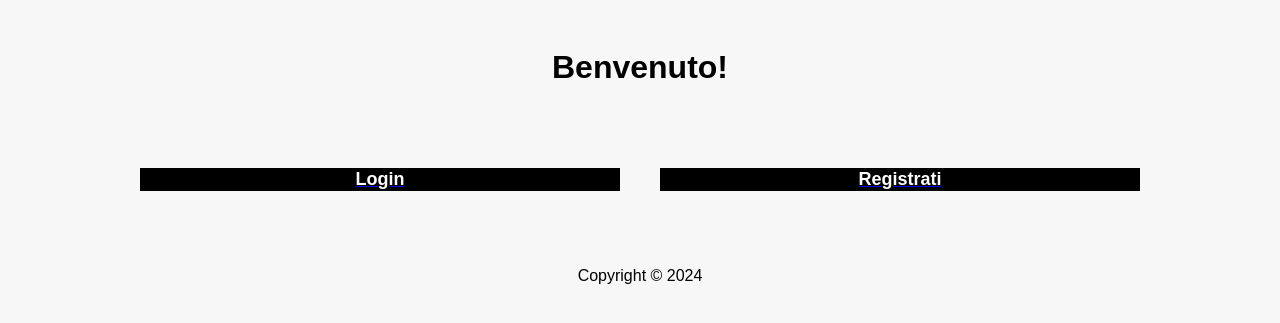
Repository: GabrielCellammare/WebApplication-SA-CyberSecurity
Page: http://localhost/WebProject-CellammareGabriel_ApplicationSecurity_/userNotLogged/index.jsp
An editor plug-in stored every save of this project. The page is shown before and after the next save, followed by the edit.
The browser window is 1280 px wide. The pictures show the whole page.
The page is served by Tomcat 9. Nobody is signed in. The application's start-up code is not run. Other server files are loaded and not shown.

Above is the page before, as saved 2024-01-12 10:49:29.

### WebProject-CellammareGabriel(ApplicationSecurity)/WebContent/userNotLogged/index.jsp
<%@ page language="java" contentType="text/html; charset=UTF-8" pageEncoding="UTF-8"%>
<!DOCTYPE html>
<html lang="it">
<head>
    <meta charset="UTF-8">
    <title>Home Page</title>
    <link rel="stylesheet" href="style.css">
</head>
<body>
    <div class="container">
        <div class="header">
            <h1>Benvenuto!</h1>
        </div>
        <div class="main">
            <div class="login">
                <a href="login.jsp">
                    <button class="btn">Login</button>
                </a>
            </div>
            <div class="register">
                <a href="register.jsp">
                    <button class="btn">Registrati</button>
                </a>
            </div>
        </div>
        <div class="footer">
            <p>Copyright &copy; 2024</p>
        </div>
    </div>
</body>
</html>

### WebProject-CellammareGabriel(ApplicationSecurity)/WebContent/userNotLogged/style.css
body {
    font-family: sans-serif;
    background-color: #f7f7f7;
}

.container {
    width: 100%;
    max-width: 1200px;
    margin: 0 auto;
}

.header {
    text-align: center;
    padding: 20px 0;
}

.main {
    display: flex;
    justify-content: center;
    align-items: center;
    padding: 20px 0;
}

.login, .register {
    width: 40%;
    padding: 20px;
    border-radius: 10px;
    text-align: center;
}

.btn {
    display: block;
    width: 100%;
    height: 100%;
    color: white;
    background-color: #000;
    border: none;
    font-size: 18px;
    font-weight: bold;
    cursor: pointer;
}

.footer {
    text-align: center;
    padding: 20px 0;
}

After the next save:
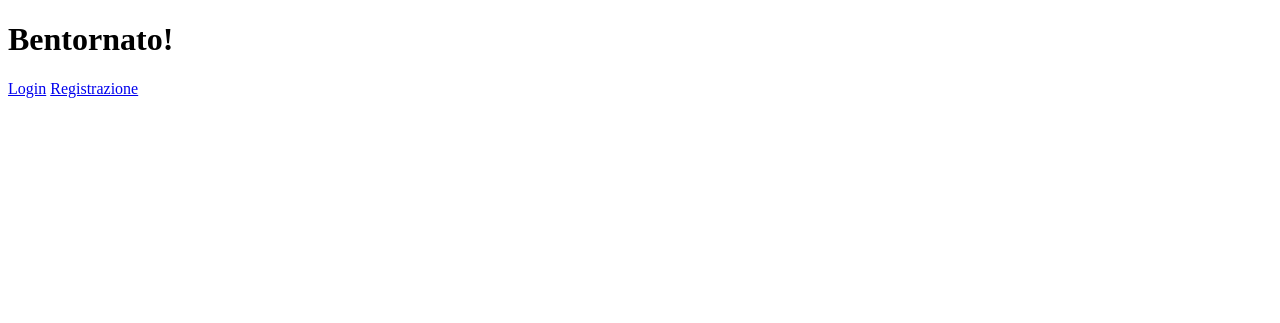
Not found: WebProject-CellammareGabriel(ApplicationSecurity)/WebProject-CellammareGabriel_ApplicationSecurity_/userNotLogged/stile.
Saved 117 s later.
--- a/WebProject-CellammareGabriel(ApplicationSecurity)/WebContent/userNotLogged/index.jsp
+++ b/WebProject-CellammareGabriel(ApplicationSecurity)/WebContent/userNotLogged/index.jsp
@@ -1,30 +1,17 @@
 <%@ page language="java" contentType="text/html; charset=UTF-8" pageEncoding="UTF-8"%>
 <!DOCTYPE html>
-<html lang="it">
+<html>
 <head>
     <meta charset="UTF-8">
     <title>Home Page</title>
-    <link rel="stylesheet" href="style.css">
+    <link rel="stylesheet" type="text/css" href="stile.css">
 </head>
 <body>
     <div class="container">
-        <div class="header">
-            <h1>Benvenuto!</h1>
-        </div>
-        <div class="main">
-            <div class="login">
-                <a href="login.jsp">
-                    <button class="btn">Login</button>
-                </a>
-            </div>
-            <div class="register">
-                <a href="register.jsp">
-                    <button class="btn">Registrati</button>
-                </a>
-            </div>
-        </div>
-        <div class="footer">
-            <p>Copyright &copy; 2024</p>
+        <h1>Bentornato!</h1>
+        <div class="button-container">
+            <a href="login.jsp" class="button">Login</a>
+            <a href="registrazione.jsp" class="button">Registrazione</a>
         </div>
     </div>
 </body>
